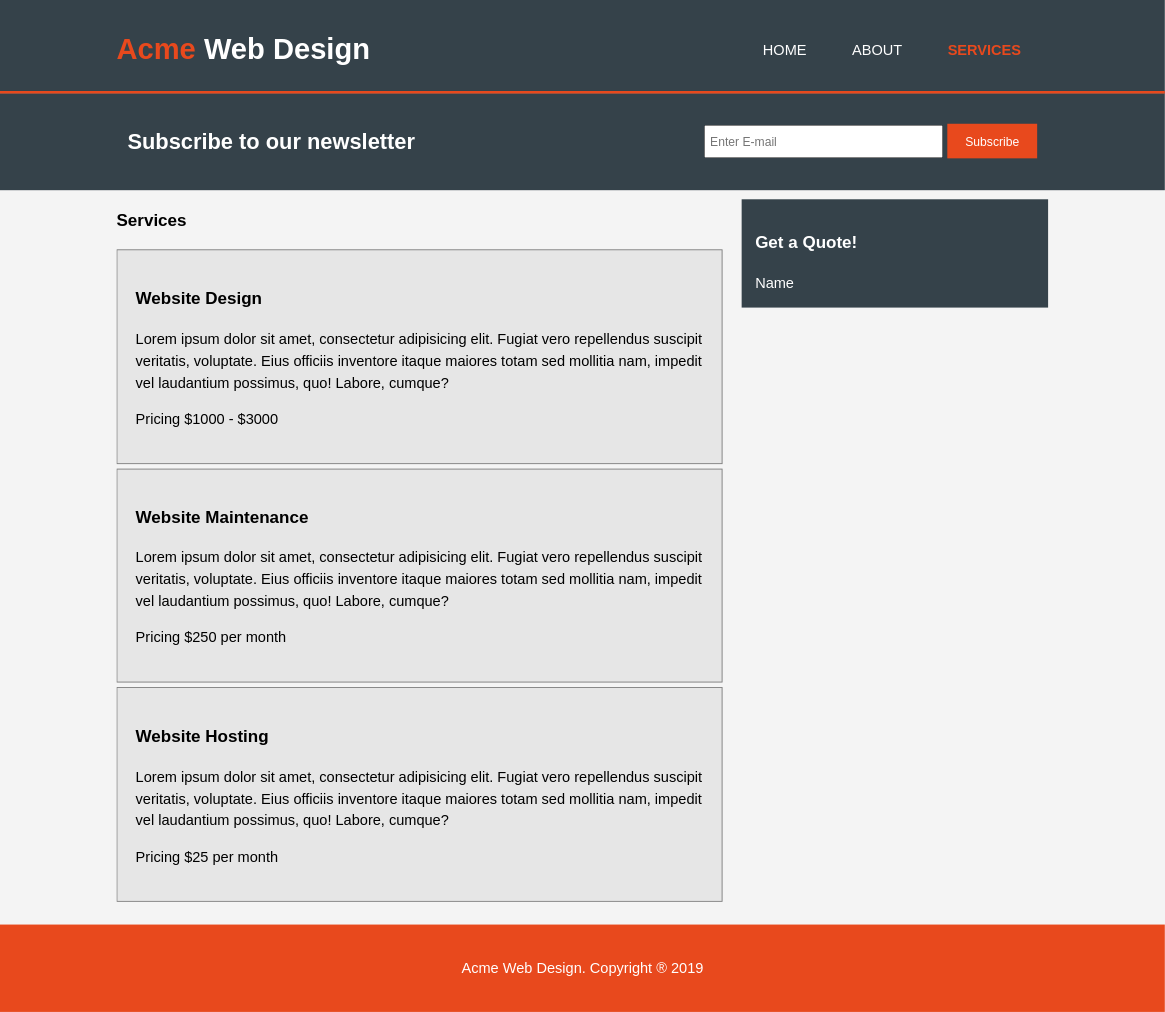
Repository: soloestuardo/bootstrap
Page: proyectos/yout/services.html
The author's editor kept a record of every edit. The page is drawn from the files as they stood at one moment, then again after the next edit.
The browser window is 1280 px wide. The pictures show the whole page, at 91% of full size.
Some web libraries are served in a nearby version.

Above is the page before.

### proyectos/yout/services.html
<!DOCTYPE html>
<html lang>
<head>
    <meta charset="UTF-8">
    <link rel="stylesheet" href="css/style.css">
    <meta name="viewport" content="width=device-width">
    <meta name="description" content="Affordable and professional web design">
    <meta name="keywords" content="web design, affordable web design, professional web design">
    <meta name="author" content="Estuardo Porras">
    <link rel="stylesheet" href="https://use.fontawesome.com/releases/v5.5.0/css/all.css" integrity="sha384-B4dIYHKNBt8Bc12p+WXckhzcICo0wtJAoU8YZTY5qE0Id1GSseTk6S+L3BlXeVIU" crossorigin="anonymous">
    <title>Services</title>
</head>

<!------------ EMPIEZA EL BODY ---------->

<body>

    <!------------ HEADER ---------->

    <header>
        <div class="container">

            <!------------ LOGO ---------->

            <div id="branding">
                <h1><span class="highlight">Acme</span> Web Design</h1>
            </div>

            <!------------ MENÚ ---------->

            <nav>
                <ul>
                    <li><a href="index.html">Home</a></li>
                    <li><a href="about.html">About</a></li>
                    <li class="current"><a href="services.html">Services</a></li>
                    </li>
                </ul>
            </nav>
        </div>
    </header>

    <!------------ NEWSLETTER ---------->

    <section id="newsletter">
        <div class="container">
            <h1>Subscribe to our newsletter</h1>
            <form>
                <input type="email" placeholder="Enter E-mail">
                <button type="submit" class="button_1">Subscribe</button>
            </form>
        </div>
    </section>

    <!------------ BOXES ---------->

    <section id="main">
        <div class="container">
            <article id="main-col">
                <h1 class="page_title">Services</h1>
                <ul id="services">
                    <li><h3>Website Design</h3>
                    <p>Lorem ipsum dolor sit amet, consectetur adipisicing elit. Fugiat vero repellendus suscipit veritatis, voluptate. Eius officiis inventore itaque maiores totam sed mollitia nam, impedit vel laudantium possimus, quo! Labore, cumque?</p>
                    <p>Pricing $1000 - $3000</p>
                    </li>

                    <li><h3>Website Maintenance</h3>
                    <p>Lorem ipsum dolor sit amet, consectetur adipisicing elit. Fugiat vero repellendus suscipit veritatis, voluptate. Eius officiis inventore itaque maiores totam sed mollitia nam, impedit vel laudantium possimus, quo! Labore, cumque?</p>
                    <p>Pricing $250 per month</p>
                    </li>

                    <li><h3>Website Hosting</h3>
                    <p>Lorem ipsum dolor sit amet, consectetur adipisicing elit. Fugiat vero repellendus suscipit veritatis, voluptate. Eius officiis inventore itaque maiores totam sed mollitia nam, impedit vel laudantium possimus, quo! Labore, cumque?</p>
                    <p>Pricing $25 per month</p>
                    </li>
                </ul>
            </article>
            <aside id="sidebar" class="dark">
                <h3>Get a Quote!</h3>
                <form class="quote">
                    <div>
                        <label>Name</label><br>
                    </div>

                </form>
            </aside>
        </div>
    </section>

    <footer>
        <p>Acme Web Design. Copyright ® 2019</p>
    </footer>

</body>
</html>

### proyectos/yout/css/style.css
/*-----------GENERAL--------------*/

body {
    font: 16px/1.5 Arial, Helvetica, sans-serif;
    margin:0;
    padding:0;
    background-color: #F4F4F4;
}

ul {
    margin:0;
    padding:0;
}

.button_1 {
    height:38px;
    background:#E8491D;
    border:0;
    padding-left:20px;
    padding-right:20px;
    color:#FFF;
}

.dark {
    padding:15px;
    background:#35424A;
    color:white;
    margin-top:10px;
    margin-bottom:10px;
}

/*-----------CONTAINER--------------*/

.container {
    width:80%;
    margin:auto;
    overflow:hidden;
}

/*-----------HEADER--------------*/

header {
    background-color:#35424A;
    color:#FFF;
    padding-top:30px;
    min-height:70px;
    border-bottom:#E8491D 3px solid;
}

header a {
    color:#FFF;
    text-decoration:none;
    text-transform:uppercase;
    font-size:16px;
}


header li {
    float:left;
    display:inline;
    padding:0 30px 0 20px;
}

#branding {
    float:left;
}

#branding h1 {
    margin:0;
}

header nav {
    float:right;
    margin-top:13px;
}

header .highlight, header .current a {
    color:#E8491D;
    font-weight:bold;
}

header a:hover {
    color:#CCC;
    font-weight:bold;
}

/*-----------SHOWCASE--------------*/

#showcase {
    min-height:400px;
    background:url("../img/desk1.jpg");
    background-size:100% 130%;
    background-position:0 60%;
    text-align: center;
    color:#FFF;
}

#showcase h1 {
    margin-top:100px;
    font-size:55px;
    margin-bottom:10px;
}

#showcase p {
    font-size:22px;
    font-style:bold;
    color: #80b3ff;
    text-shadow:1px 1px #006;
}

/*-----------NEWSLETTER--------------*/

#newsletter {
    padding:15px;
    color:#FFF;
    background:#35424A;
}

#newsletter h1 {
    float:left;
}

#newsletter form {
    float:right;
    margin-top:18px;
}

#newsletter input[type="email"] {
    padding:4px;
    height:25px;
    width:250px;
}

/*-----------BOXES--------------*/

#boxes {
    margin-top:20px;
}

#boxes .box {
    float:left;
    width:30%;
    padding:10px;
    text-align:center;
}

#boxes .box i {
    font-size:90px;
}

/*-----------BOXES--------------*/
aside#sidebar {
    float:right;
    width:30%;
    margin-top:10px;
}

aside#sidebar .quote input, aside#sidebar .quote textarea {
    width:90%;
    padding:5px;
}

#main-col {
    float:left;
    width:65%;
}

/*-----------SERVICES--------------*/

ul#services li {
    list-style:none;
    padding:20px;
    border:gray solid 1px;
    margin-bottom: 5px;
    background:#E6E6E6;
}

/*-----------FOOTER--------------*/

footer {
    padding:20px;
    margin-top:20px;
    color:#FFF;
    background:#E8491D;
    text-align:center;
}

/*-----------MEDIA QUERIES--------------*/
@media (max-width:768px) {
    header #branding, header nav, header nav li, #newsletter h1, #newsletter form, #boxes .box, article#main-col, aside#sidebar {
        float:none;
        text-align:center;
        width:100%;
    }

    header {
        padding-bottom:20px;
    }

    #showcase h1 {
        margin-top:40px;
    }

    #newsletter button, .quote button {
        display:block;
        width:100%;
    }

    #newsletter form input[type="email"], .quote input, .quote textarea {
        width:100%;
        margin-bottom:5px;
    }

}

After the next edit:
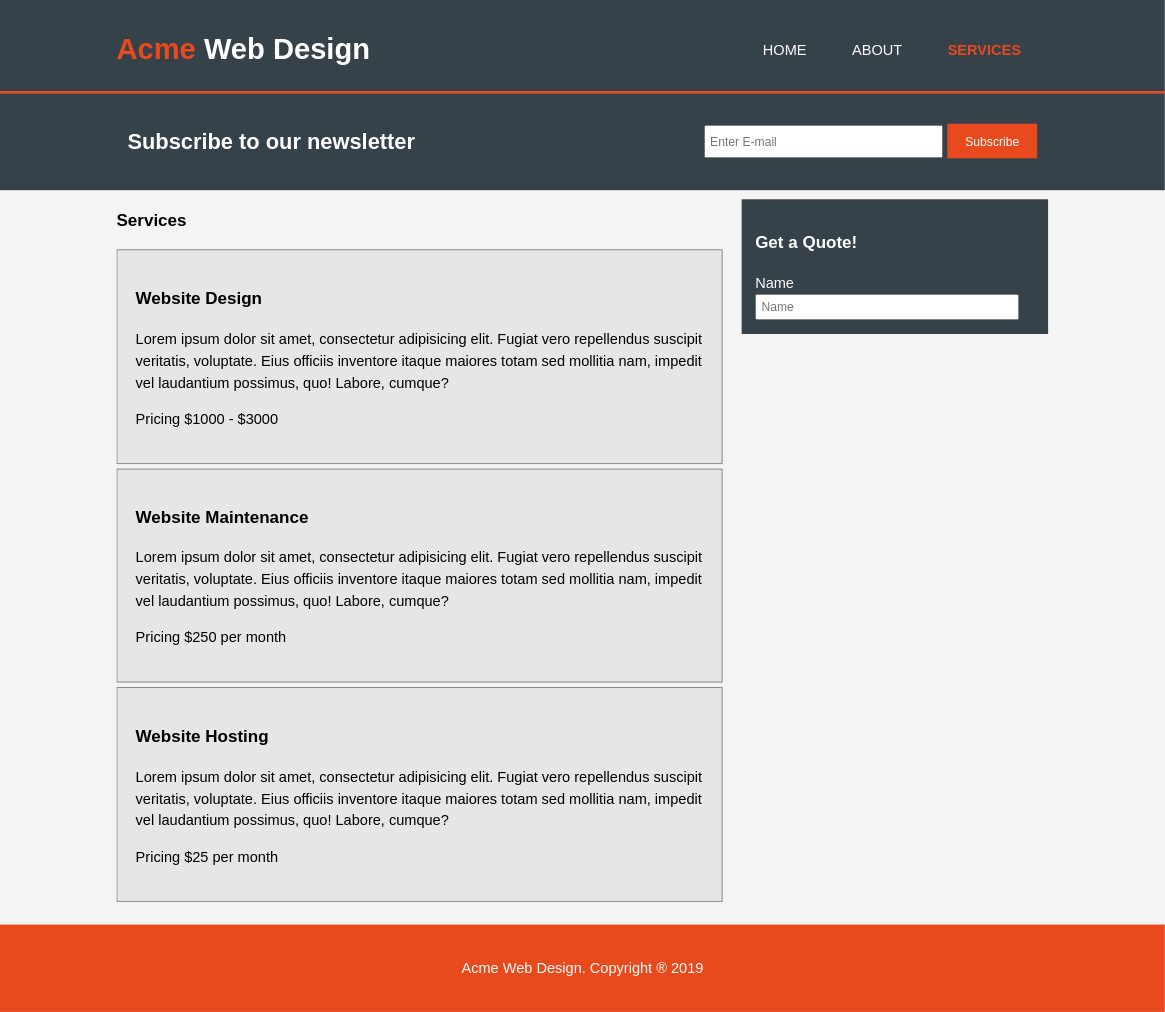
The edit:
--- a/proyectos/yout/services.html
+++ b/proyectos/yout/services.html
@@ -79,6 +79,7 @@
                 <form class="quote">
                     <div>
                         <label>Name</label><br>
+                        <input type="text" placeholder="Name">
                     </div>
 
                 </form>
